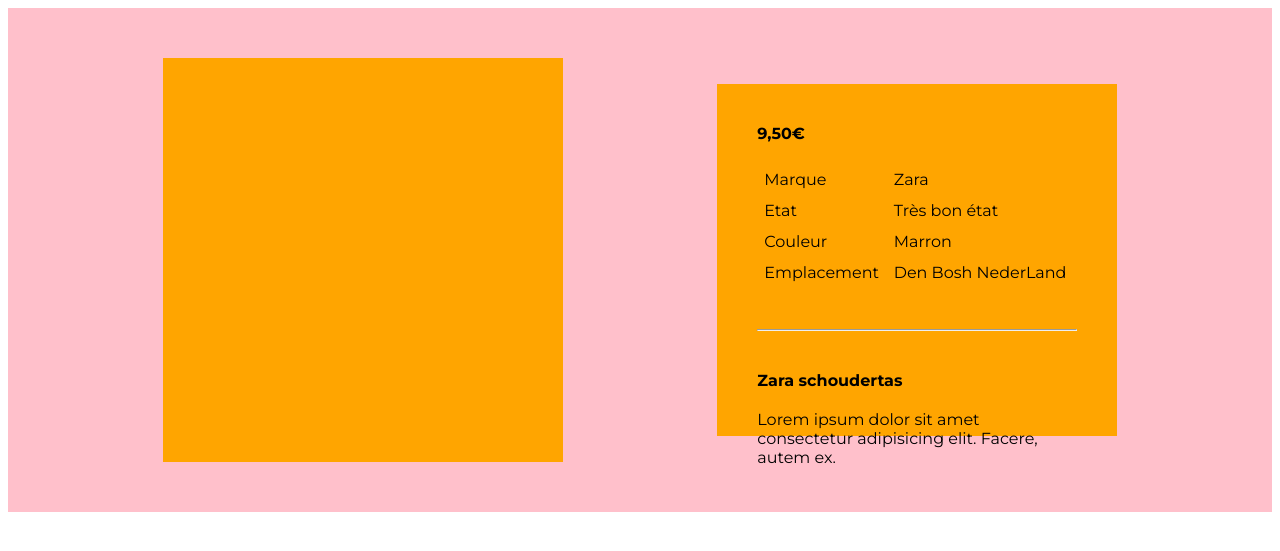
Repository: mel-in-a/vinted-front-clone
Page: html/offer.html
The author's editor kept a copy of each file at every save. The page is drawn from the files as they stood at one save, then again after the next save.
The browser window is 1280 px wide. The pictures show the whole page.

Above is the page before, as saved 2021-07-29 16:46:04.

### html/offer.html
<!DOCTYPE html>
<html lang="en">
  <head>
    <meta charset="UTF-8" />
    <meta http-equiv="X-UA-Compatible" content="IE=edge" />
    <meta name="viewport" content="width=device-width, initial-scale=1.0" />
    <link rel="preconnect" href="https://fonts.googleapis.com" />
    <link rel="preconnect" href="https://fonts.gstatic.com" crossorigin />
    <link
      href="https://fonts.googleapis.com/css2?family=Montserrat:wght@100;200;300;400;500;600;700;800;900&display=swap"
      rel="stylesheet"
    />
    <link rel="stylesheet" href="/offer.css" />
    <title>Document</title>
  </head>
  <body>
    <div class="offer">
      <div class="left"></div>
      <div class="right">
        <div class="price">9,50€</div>

          <table>
            <tr>
              <td>Marque</td>
              <td>Zara</td>
            </tr>
            <tr>
              <td>Etat</td>
              <td>Très bon état</td>
            </tr>
            <tr>
              <td>Couleur</td>
              <td>Marron</td>
            </tr>
            <tr>
              <td>Emplacement</td>
              <td>Den Bosh NederLand</td>
            </tr>
          </table>

        <hr />
        <div class="editor">Zara schoudertas</div>
        <div class="description">Lorem ipsum dolor sit amet consectetur adipisicing elit. Facere, autem ex.</div>

      </div>
    </div>
  </body>
</html>

### html/offer.css
* {
  font-family: "Montserrat", sans-serif;
}
.offer {
  width: 100%;
  display: flex;
  background-color: pink;
  height: 70vh;
  justify-content: space-evenly;
  align-items: center;
  flex-shrink: 0;
}

.offer .left,
.offer .right {
  width: 400px;
  background-color: orange;

}
.offer .left {
    height: 80%;
}
.offer .right {
    height: 70%;
  padding: 40px;
  box-sizing: border-box;
}

.offer .horizontal {
  display: flex;
  flex-direction: row;
  justify-content: space-between;
}

.offer table {
  width: 100%;

}

.offer td {
padding: 5px;
}
.offer hr {
  margin: 40px 0;
}

.offer .editor {
    font-weight: 700;
    margin-bottom: 20px
}

.offer .price {
    font-weight: 700;
    margin-bottom: 20px;
}

After the next save:
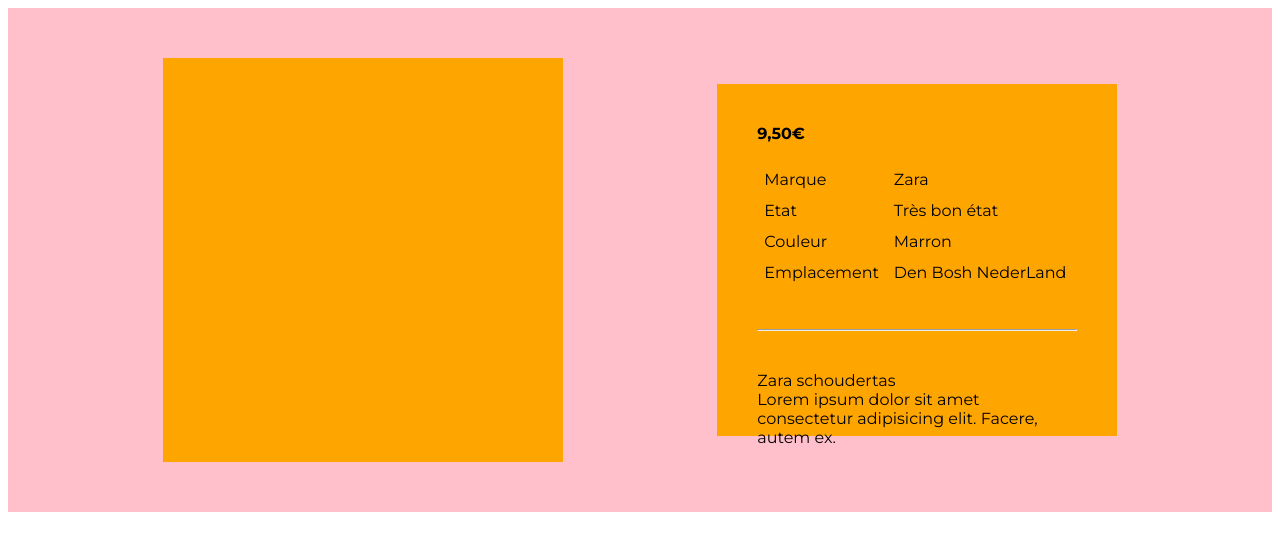
Saved 50 s later.
--- a/html/offer.html
+++ b/html/offer.html
@@ -39,7 +39,7 @@
           </table>
 
         <hr />
-        <div class="editor">Zara schoudertas</div>
+        <div class="title">Zara schoudertas</div>
         <div class="description">Lorem ipsum dolor sit amet consectetur adipisicing elit. Facere, autem ex.</div>
 
       </div>

After the save that followed:
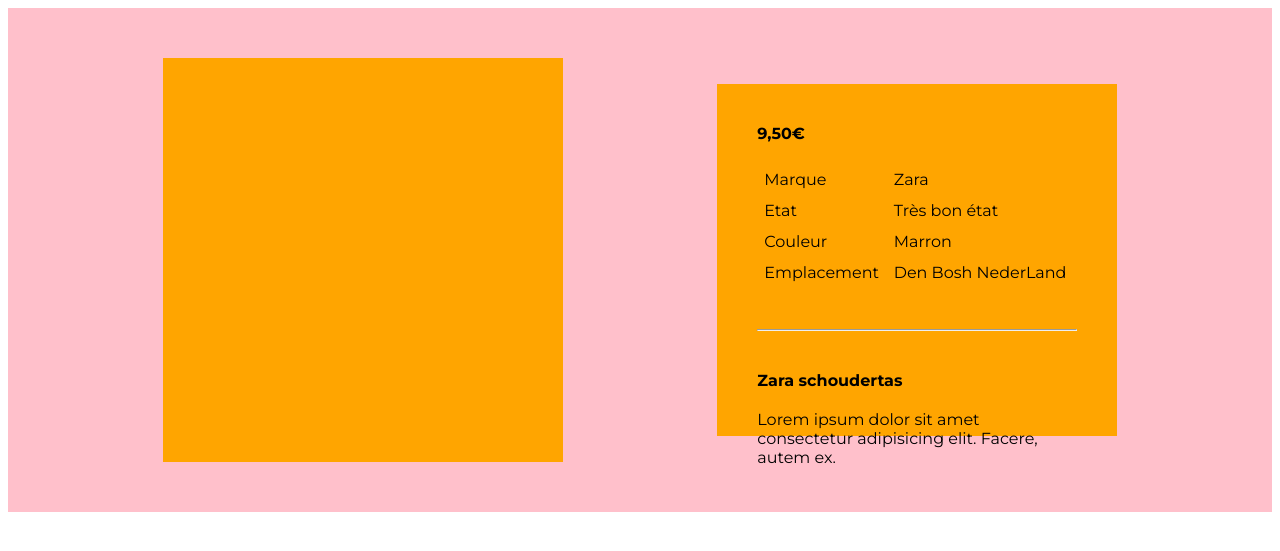
Saved 5 s later.
--- a/html/offer.css
+++ b/html/offer.css
@@ -44,7 +44,7 @@ padding: 5px;
   margin: 40px 0;
 }
 
-.offer .editor {
+.offer .title {
     font-weight: 700;
     margin-bottom: 20px
 }
